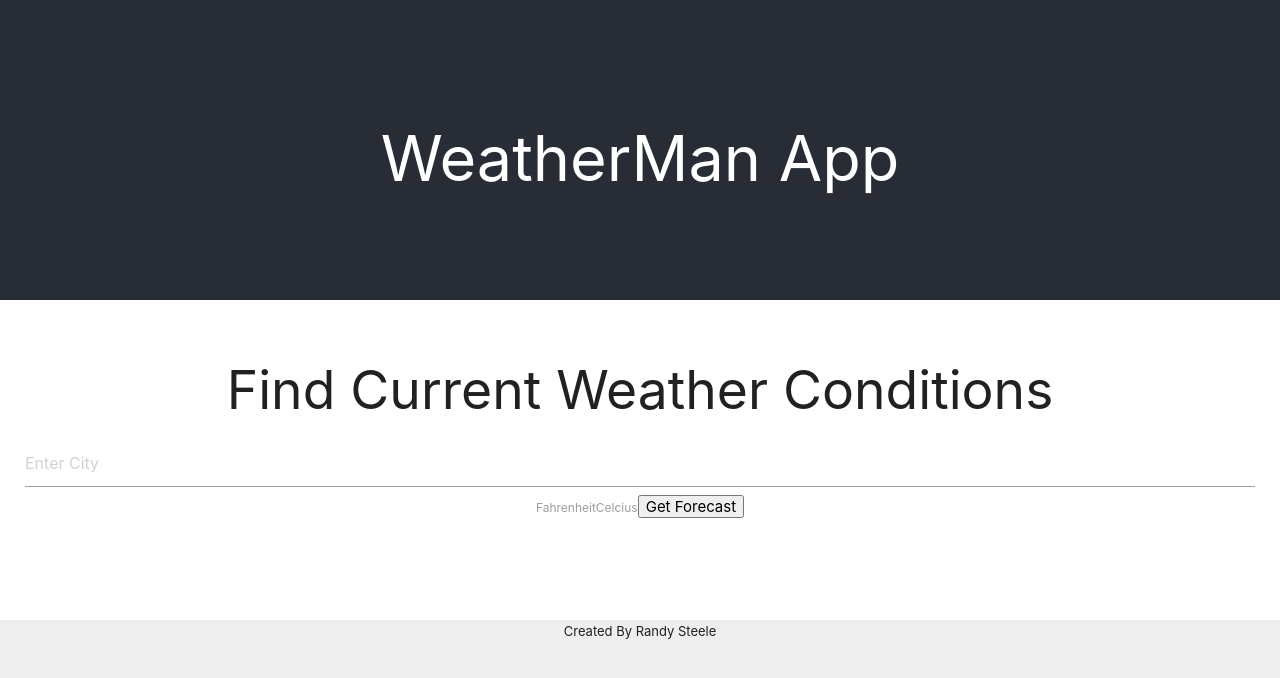
Repository: randysteele/weatherman
Page: /
The author's editor kept a copy of each file at every save. The page is drawn from the files as they stood at one save, then again after the next save.
The browser window is 1280 px wide. The pictures show the whole page.
The project was rebuilt for these pictures with package versions that can differ from the ones it lists, and the page was loaded fresh each time.

Above is the page before, as saved 2021-02-01 16:57:31.

### public/index.html
<!DOCTYPE html>
<html lang="en">
  <head>
    <meta charset="utf-8" />
    <link rel="icon" href="%PUBLIC_URL%/favicon.ico" />
    <meta name="viewport" content="width=device-width, initial-scale=1" />
    <meta name="theme-color" content="#000000" />
    <meta
      name="description"
      content="Web site created using create-react-app"
    />
    <link rel="apple-touch-icon" href="%PUBLIC_URL%/logo192.png" />
    <link href="https://fonts.googleapis.com/icon?family=Material+Icons" rel="stylesheet">
    <!--
      manifest.json provides metadata used when your web app is installed on a
      user's mobile device or desktop. See https://developers.google.com/web/fundamentals/web-app-manifest/
    -->
    <link rel="manifest" href="%PUBLIC_URL%/manifest.json" />
    <!--
      Notice the use of %PUBLIC_URL% in the tags above.
      It will be replaced with the URL of the `public` folder during the build.
      Only files inside the `public` folder can be referenced from the HTML.

      Unlike "/favicon.ico" or "favicon.ico", "%PUBLIC_URL%/favicon.ico" will
      work correctly both with client-side routing and a non-root public URL.
      Learn how to configure a non-root public URL by running `npm run build`.
    -->
    <title>Weatherman</title>
  </head>
  <body>
    <noscript>You need to enable JavaScript to run this app.</noscript>
    <div id="root"></div>
    <!--
      This HTML file is a template.
      If you open it directly in the browser, you will see an empty page.

      You can add webfonts, meta tags, or analytics to this file.
      The build step will place the bundled scripts into the <body> tag.

      To begin the development, run `npm start` or `yarn start`.
      To create a production bundle, use `npm run build` or `yarn build`.
    -->
  </body>
</html>

### src/App.js
import './App.css';
import Forecast from './components/Forecast'
import 'materialize-css/dist/css/materialize.min.css';

function App() {
  return (
    <div className="App">
      <header className="App-header">
        <h1> WeatherMan App</h1>
      </header>
      <main>
       <Forecast />
      </main>
      <footer> Created By Randy Steele
      </footer>
    </div>
  );
}

export default App;

### src/App.css
.App {
  display: flex;
  flex-direction: column;
  min-height: 100vh;
}

.App-logo {
  height: 40vmin;
  pointer-events: none;
}

@media (prefers-reduced-motion: no-preference) {
  .App-logo {
    animation: App-logo-spin infinite 20s linear;
  }
}

.App-header {
  background-color: #282c34;
  min-height: 300px;
  display: flex;
  flex-direction: column;
  align-items: center;
  justify-content: center;
  font-size: calc(10px + 2vmin);
  color: white;
}

.App-link {
  color: #61dafb;
}

@keyframes App-logo-spin {
  from {
    transform: rotate(0deg);
  }
  to {
    transform: rotate(360deg);
  }
}
main {
  flex-grow: 1;
  text-align: center;
  padding: 25px;
}
footer {
  padding: 2px;
  min-height: 100px;
  display: flex;
  flex-direction: column;
  justify-content: center;
  background: #EEEEEE;
  font-size: small;
  text-align: center;
}
header {
  padding: 25px;
}

### src/components/Forecast.js
import React, { useState } from 'react';
import Conditions from '../components/Conditions';

const Forecast = () => {
    let [responseObj, setResponseObj] = useState({});
    let [city, setCity] = useState('');
    let [unit, setUnit] = useState('imperial');

    const uriEncodedCity = encodeURIComponent(city);


    function getForecast(e) {
        e.preventDefault();


         fetch(`https://community-open-weather-map.p.rapidapi.com/weather?units=${unit}&q=${uriEncodedCity}`, {
            "method": "GET",
            "headers": {
              "x-rapidapi-key": "7b02074c19mshedbbe70e8fd2ae2p163b20jsne2411a44c687",
	          "x-rapidapi-host": "community-open-weather-map.p.rapidapi.com"
        }
    })
    .then(response => response.json())
    .then(response => {
        setResponseObj(response)
    });
}

    return (
        <div>
           <h2>Find Current Weather Conditions</h2>
           <form onSubmit={getForecast}>
                <input
                    type="text"
                    placeholder="Enter City"
                    maxLength="50"
                    value={city}
                    onChange={(e) => setCity(e.target.value)}
                    />
                <label>
                    <input className ="imperial" checked
                        type="radio"
                        name="units"
                        checked={unit === "imperial"}
                        value="imperial"
                        onChange={(e) => setUnit(e.target.value)}
                        />
                    Fahrenheit
                </label>
                <label>
                    <input className="metric"
                        type="radio"
                        name="units"
                        span="yellow"
                        checked={unit === "metric"}
                        value="metric"
                        onChange={(e) => setUnit(e.target.value)}
                        />
                    Celcius
                </label>
                <button type="submit">Get Forecast</button>
            </form>
           <Conditions
               responseObj={responseObj}
               />
       </div>
    )}

export default Forecast;

### src/components/Conditions.js
import React from 'react';
const conditions = (props) => {
   return (
       <div>
           {props.responseObj.cod === 200 ?
               <div>
                   <p><strong>{props.responseObj.name}</strong></p>
                   <p>It is currently {Math.round(props.responseObj.main.temp)} degrees out with <br></br>{props.responseObj.weather[0].description}.</p>
               </div>
           : null
           }
       </div>
   )
}
export default conditions;

Loaded but not shown: src/index.js (common file); src/index.css (common file); src/reportWebVitals.js (common file)

After the next save:
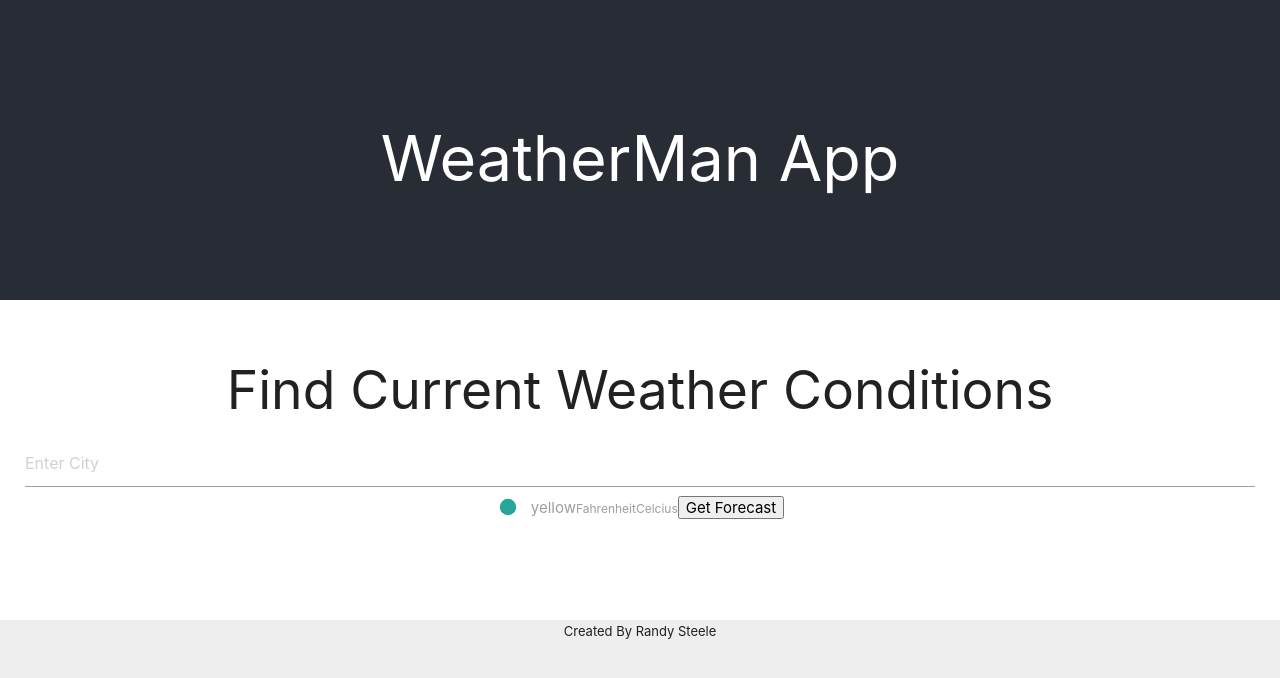
Saved 2 min 25 s later.
--- a/src/components/Forecast.js
+++ b/src/components/Forecast.js
@@ -45,13 +45,13 @@
                         value="imperial"
                         onChange={(e) => setUnit(e.target.value)}
                         />
+                        <span>yellow</span>
                     Fahrenheit
                 </label>
                 <label>
                     <input className="metric"
                         type="radio"
                         name="units"
-                        span="yellow"
                         checked={unit === "metric"}
                         value="metric"
                         onChange={(e) => setUnit(e.target.value)}
